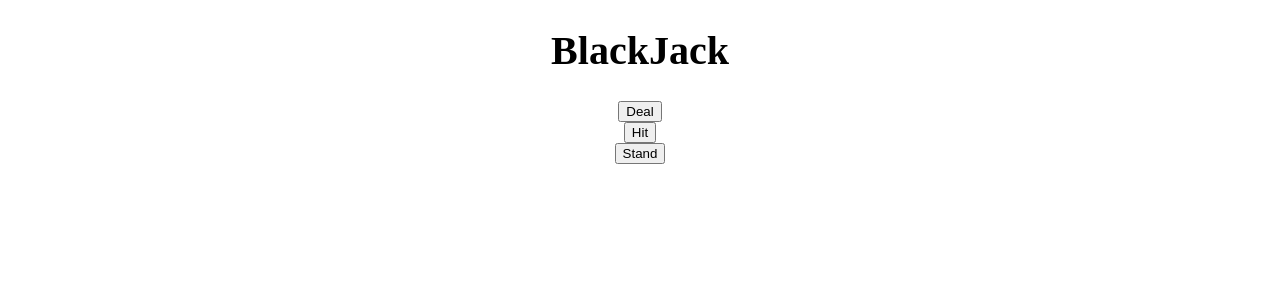
Repository: oldens/blackjack
Page: index.html
An editor plug-in stored every save of this project. The page is shown before and after the next save, followed by the edit.
The browser window is 1280 px wide. The pictures show the whole page.

Above is the page before, as saved 2025-02-01 14:22:30.

### index.html
<!DOCTYPE html>
<html lang="en">
  <head>
    <meta charset="UTF-8" />
    <meta name="viewport" content="width=device-width, initial-scale=1.0" />
    <title>BlackJack</title>
    <link rel="stylesheet" href="./style.css" />
  </head>
  <body>
    <h1>BlackJack</h1>
    <button id="deal">Deal</button>
    <button id="hit">Hit</button>
    <button id="stand">Stand</button>

    <script type="module" src="./app.js"></script>
  </body>
</html>

### style.css
body {
    display: flex;
    flex-direction: column;
    align-items: center;
    /* justify-content: center; */
    font-size: 20px;
    min-height: 100vh;
    margin: 0;
}

### app.js
import BlackJack from "./models/black-jack.js";

console.log("start gamble");

const game = new BlackJack();
game.startGame();


const dealBtn = document.getElementById("deal");
const hitBtn = document.getElementById("hit");
const standBtn = document.getElementById("stand");


dealBtn.addEventListener("click", () => {
  game.reset();
  game.startGame();
  console.log("Deal button clicked");
});

hitBtn.addEventListener("click", () => {
  if (typeof game.hit === "function") {
    game.hit();
    console.log("Hit button clicked");
  } else {
    console.warn("Hit method is not implemented in BlackJack.");
  }
});

standBtn.addEventListener("click", () => {
  if (typeof game.stand === "function") {
    game.stand();
    console.log("Stand button clicked");
  } else {
    console.warn("Stand method is not implemented in BlackJack.");
  }
});

### models/black-jack.js
import Deck from "./deck.js";
import Player from "./player.js";
import Card from "./card.js";

class BlackJack {
  constructor() {
    console.log("BlackJack constructor");
    this.deck = new Deck("./models/cards54.json");
    this.dealer = new Player("Dealer");
    this.player = new Player("Player");
    document.body.appendChild(this.player.handContainer);
    document.body.appendChild(this.dealer.handContainer);
    this.isFinished = false;
  }

  startGame() {
    this.deck.shuffle();
  }

  hit() {
    if (this.isFinished) {
      return this.showPleaseReset();
    }
    this.player.addCard(this.deck.drawCard());
    console.log("Player Score:", this.player.score);
    if (this.player.score >= 21) {
      this.stand();
    }
  }

  stand() {
    if (this.isFinished) {
      return this.showPleaseReset();
    }
    console.log("Stand");
    while (this.dealer.score < 17) {
      this.dealer.addCard(this.deck.drawCard());
    }
    this.finish();
  }

  finish() {
    const playerScore = this.player.score;
    const dealerScore = this.dealer.score;
    if (playerScore > 21) {
      console.log("Player busts");
    } else if (dealerScore > 21) {
      console.log("Dealer busts");
    } else if (playerScore > dealerScore) {
      console.log("Player wins");
    } else if (playerScore < dealerScore) {
      console.log("Dealer wins");
    } else {
      console.log("It's a tie");
    }
    this.isFinished = true;
  }

  reset() {
    this.deck = new Deck("./models/cards54.json");
    this.dealer.reset();
    this.player.reset();
    this.isFinished = false;
  }

  showPleaseReset() {
    alert("Please reset the game");
  }
}

export default BlackJack;

### models/deck.js
import Card from './card.js';

class Deck {
  constructor(jsonFile) {
    this.cards = [];
    // Load cards from JSON file if provided
    if (jsonFile) {
      fetch(jsonFile)
        .then((response) => response.json())
        .then((json) => this.importFromJSON(json))
        .catch((error) => console.error('Error loading deck:', error));
    }
  }

  importFromJSON(json) {
    this.cards = json.map((card) => new Card(
      card.value,
      card.suit,
      card.rank,
      `./cards_img/${card.file}`,
      ""
    ));
  }

  drawCard() {
    return this.cards.pop();
  }

  shuffle() {
    for (let i = this.cards.length - 1; i > 0; i--) {
      const j = Math.floor(Math.random() * (i + 1));
      [this.cards[i], this.cards[j]] = [this.cards[j], this.cards[i]];
    }
  }

}

export default Deck;

### models/player.js
class Player {
    constructor(name) {
        this.name = name;
        this.hand = [];
        this.score = 0;
        this.handContainer = this.createHandContainer();
        this.id='player'+Symbol().toString().slice(7);  // Generate a unique id
    }

    createHandContainer() {
        const handContainer = document.createElement("div");
        handContainer.classList.add("hand-container");
        handContainer.style.display = "flex";
        handContainer.style.flexDirection = "row";
        handContainer.id = this.id;
        return handContainer;
    }


    addCard(card) {
        this.hand.push(card);
        this.handContainer.appendChild(card.html);
        this.score += card.value;
        card.show();
    }

    reset() {
        this.hand = [];
        this.score = 0;
        this.handContainer.innerHTML = "";
    }


}

export default Player;

### models/card.js
const SUIT = {
  HEARTS: "HEARTS",
  DIAMONDS: "DIAMONDS",
  CLUBS: "CLUBS",
  SPADES: "SPADES",
};

class Card {
  constructor(value, suit, rank, link, style = "") {
    this.value = value;
    this.img = link;
    this.suit = suit;
    this.rank = rank;
    this.style = style;
    this.html = this.createCardsContainer();
  }

  get name() {
    return `${this.rank} of ${this.suit}`;
  }


  show() {
    this.html.style.display = "block";
  }

  hide() {
    this.html.style.display = "none";
  }

  createCardsContainer() {
    const cardContainer = document.createElement("div");
    cardContainer.classList.add("card-container");

    const imgElement = document.createElement("img");
    imgElement.src = this.img;
    imgElement.alt = this.name;
    imgElement.style.height = "250px";
    cardContainer.appendChild(imgElement);

    // Remove or conditionally set display:none if you don't want it hidden by default.
    // cardContainer.style.display = "none";

    return cardContainer;
  }
}

export default Card;

### models/cards54.json
[
    { "value": 11, "rank": "Ace", "suit": "Clubs", "file": "Clubs 1.png" },
    { "value": 2, "rank": "2", "suit": "Clubs", "file": "Clubs 2.png" },
    { "value": 3, "rank": "3", "suit": "Clubs", "file": "Clubs 3.png" },
    { "value": 4, "rank": "4", "suit": "Clubs", "file": "Clubs 4.png" },
    { "value": 5, "rank": "5", "suit": "Clubs", "file": "Clubs 5.png" },
    { "value": 6, "rank": "6", "suit": "Clubs", "file": "Clubs 6.png" },
    { "value": 7, "rank": "7", "suit": "Clubs", "file": "Clubs 7.png" },
    { "value": 8, "rank": "8", "suit": "Clubs", "file": "Clubs 8.png" },
    { "value": 9, "rank": "9", "suit": "Clubs", "file": "Clubs 9.png" },
    { "value": 10, "rank": "10", "suit": "Clubs", "file": "Clubs 10.png" },
    { "value": 10, "rank": "Jack", "suit": "Clubs", "file": "Clubs 11.png" },
    { "value": 10, "rank": "Queen", "suit": "Clubs", "file": "Clubs 12.png" },
    { "value": 10, "rank": "King", "suit": "Clubs", "file": "Clubs 13.png" },

    { "value": 11, "rank": "Ace", "suit": "Diamonds", "file": "Diamonds 1.png" },
    { "value": 2, "rank": "2", "suit": "Diamonds", "file": "Diamonds 2.png" },
    { "value": 3, "rank": "3", "suit": "Diamonds", "file": "Diamonds 3.png" },
    { "value": 4, "rank": "4", "suit": "Diamonds", "file": "Diamonds 4.png" },
    { "value": 5, "rank": "5", "suit": "Diamonds", "file": "Diamonds 5.png" },
    { "value": 6, "rank": "6", "suit": "Diamonds", "file": "Diamonds 6.png" },
    { "value": 7, "rank": "7", "suit": "Diamonds", "file": "Diamonds 7.png" },
    { "value": 8, "rank": "8", "suit": "Diamonds", "file": "Diamonds 8.png" },
    { "value": 9, "rank": "9", "suit": "Diamonds", "file": "Diamonds 9.png" },
    { "value": 10, "rank": "10", "suit": "Diamonds", "file": "Diamonds 10.png" },
    { "value": 10, "rank": "Jack", "suit": "Diamonds", "file": "Diamonds 11.png" },
    { "value": 10, "rank": "Queen", "suit": "Diamonds", "file": "Diamonds 12.png" },
    { "value": 10, "rank": "King", "suit": "Diamonds", "file": "Diamonds 13.png" },

    { "value": 11, "rank": "Ace", "suit": "Hearts", "file": "Hearts 1.png" },
    { "value": 2, "rank": "2", "suit": "Hearts", "file": "Hearts 2.png" },
    { "value": 3, "rank": "3", "suit": "Hearts", "file": "Hearts 3.png" },
    { "value": 4, "rank": "4", "suit": "Hearts", "file": "Hearts 4.png" },
    { "value": 5, "rank": "5", "suit": "Hearts", "file": "Hearts 5.png" },
    { "value": 6, "rank": "6", "suit": "Hearts", "file": "Hearts 6.png" },
    { "value": 7, "rank": "7", "suit": "Hearts", "file": "Hearts 7.png" },
    { "value": 8, "rank": "8", "suit": "Hearts", "file": "Hearts 8.png" },
    { "value": 9, "rank": "9", "suit": "Hearts", "file": "Hearts 9.png" },
    { "value": 10, "rank": "10", "suit": "Hearts", "file": "Hearts 10.png" },
    { "value": 10, "rank": "Jack", "suit": "Hearts", "file": "Hearts 11.png" },
    { "value": 10, "rank": "Queen", "suit": "Hearts", "file": "Hearts 12.png" },
    { "value": 10, "rank": "King", "suit": "Hearts", "file": "Hearts 13.png" },

    { "value": 11, "rank": "Ace", "suit": "Spades", "file": "Spades 1.png" },
    { "value": 2, "rank": "2", "suit": "Spades", "file": "Spades 2.png" },
    { "value": 3, "rank": "3", "suit": "Spades", "file": "Spades 3.png" },
    { "value": 4, "rank": "4", "suit": "Spades", "file": "Spades 4.png" },
    { "value": 5, "rank": "5", "suit": "Spades", "file": "Spades 5.png" },
    { "value": 6, "rank": "6", "suit": "Spades", "file": "Spades 6.png" },
    { "value": 7, "rank": "7", "suit": "Spades", "file": "Spades 7.png" },
    { "value": 8, "rank": "8", "suit": "Spades", "file": "Spades 8.png" },
    { "value": 9, "rank": "9", "suit": "Spades", "file": "Spades 9.png" },
    { "value": 10, "rank": "10", "suit": "Spades", "file": "Spades 10.png" },
    { "value": 10, "rank": "Jack", "suit": "Spades", "file": "Spades 11.png" },
    { "value": 10, "rank": "Queen", "suit": "Spades", "file": "Spades 12.png" },
    { "value": 10, "rank": "King", "suit": "Spades", "file": "Spades 13.png" }
  ]

After the next save:
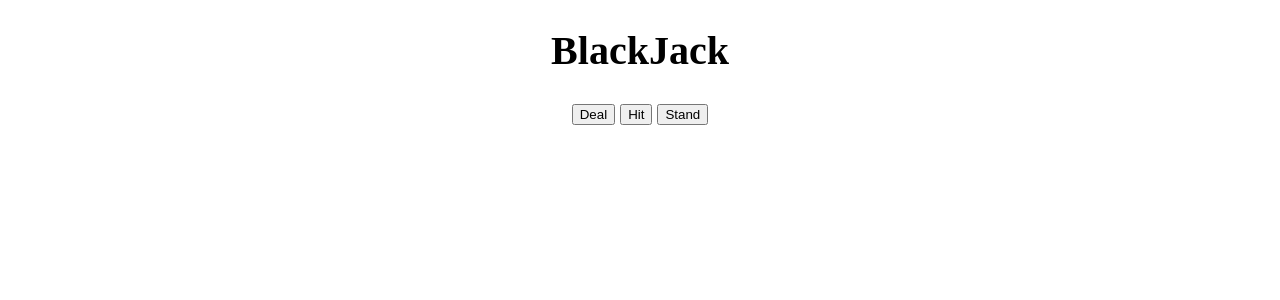
Saved 35 s later.
--- a/index.html
+++ b/index.html
@@ -8,9 +8,10 @@
   </head>
   <body>
     <h1>BlackJack</h1>
-    <button id="deal">Deal</button>
-    <button id="hit">Hit</button>
-    <button id="stand">Stand</button>
+    <div class="buttons">  <button id="deal">Deal</button>
+        <button id="hit">Hit</button>
+        <button id="stand">Stand</button></div>
+
 
     <script type="module" src="./app.js"></script>
   </body>
